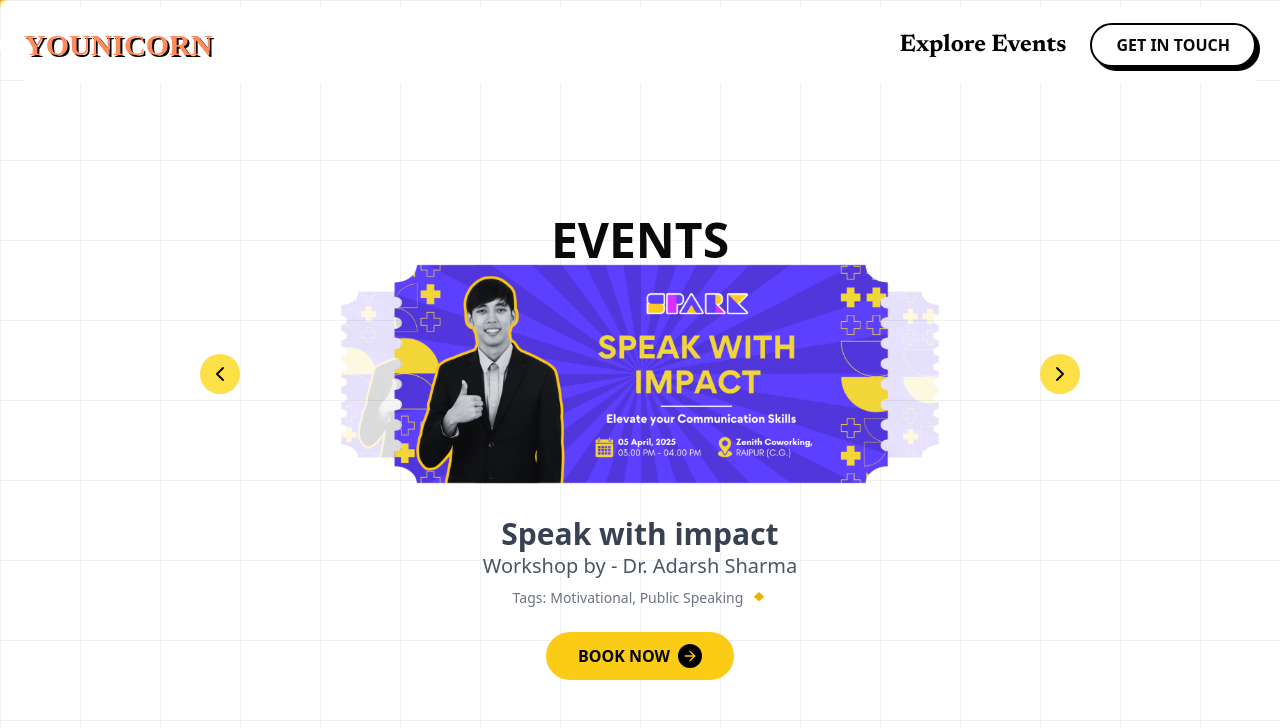
Repository: as-avni/dreamersite
Page: /events
The author's editor kept a copy of each file at every save. The page is drawn from the files as they stood at one save, then again after the next save.
The browser window is 1280 px wide. The pictures show the whole page.
Some web fonts or font styles are not loaded; a fallback is used. The project was rebuilt for these pictures with package versions that can differ from the ones it lists, and the page was loaded fresh each time. The framework's server and built-in components were replaced by stand-ins that run in the browser. Also part of the build but not shown: next.config.ts.

Above is the page before, as saved 2025-03-27 17:29:19.

After the next save:
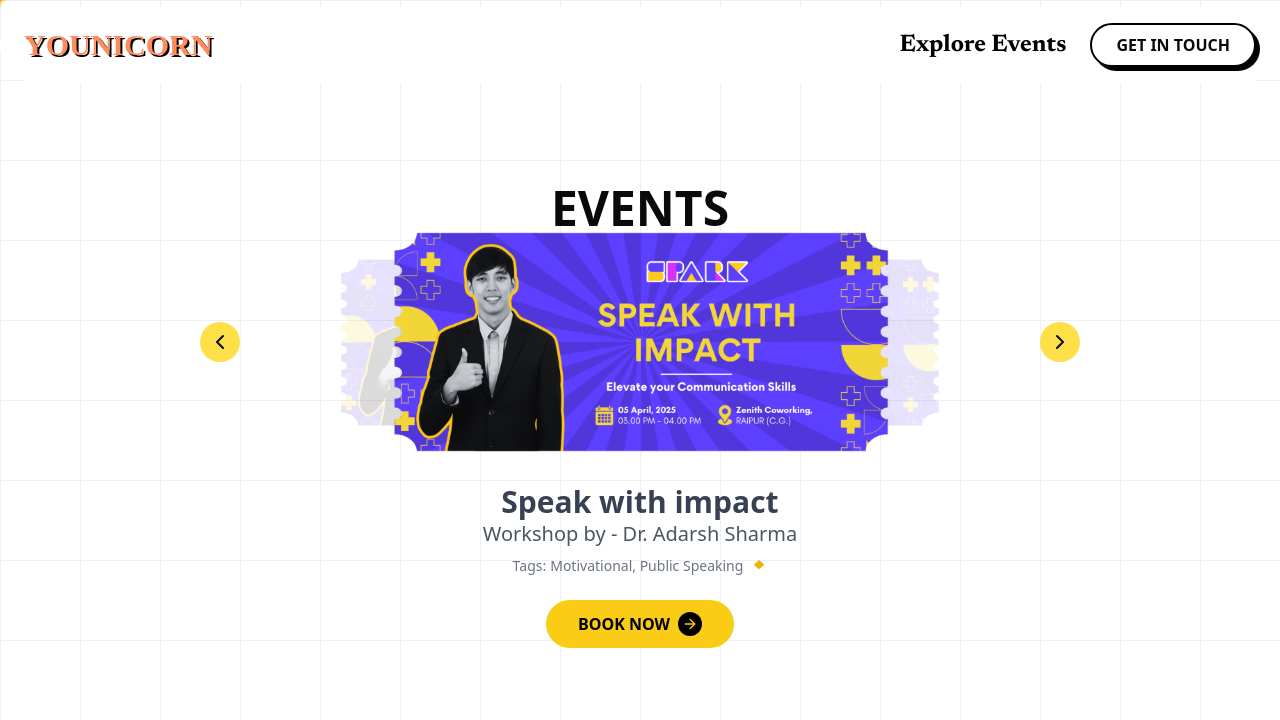
Saved 30 s later.
--- a/src/app/events/events-page.tsx
+++ b/src/app/events/events-page.tsx
@@ -51,7 +51,7 @@
 
 
     {/* Events Heading */}8
-    <h1 className="text-5xl font-bold mt-40">EVENTS</h1>
+    <h1 className="text-5xl font-bold mt-32">EVENTS</h1>
 
     {/* Event Carousel */}
     <div className="w-full max-w-4xl relative mb-8">

After the save that followed:
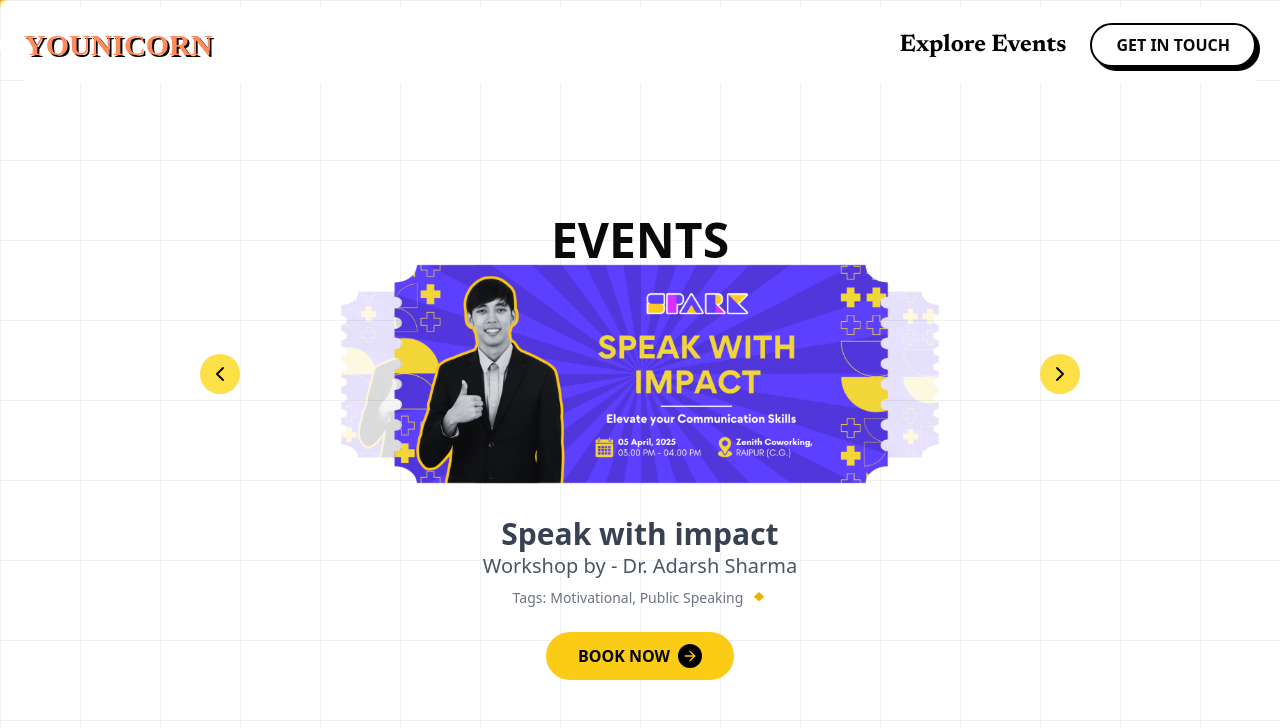
Saved 9 s later.
--- a/src/app/events/events-page.tsx
+++ b/src/app/events/events-page.tsx
@@ -51,7 +51,7 @@
 
 
     {/* Events Heading */}8
-    <h1 className="text-5xl font-bold mt-32">EVENTS</h1>
+    <h1 className="text-5xl font-bold mt-40">EVENTS</h1>
 
     {/* Event Carousel */}
     <div className="w-full max-w-4xl relative mb-8">
